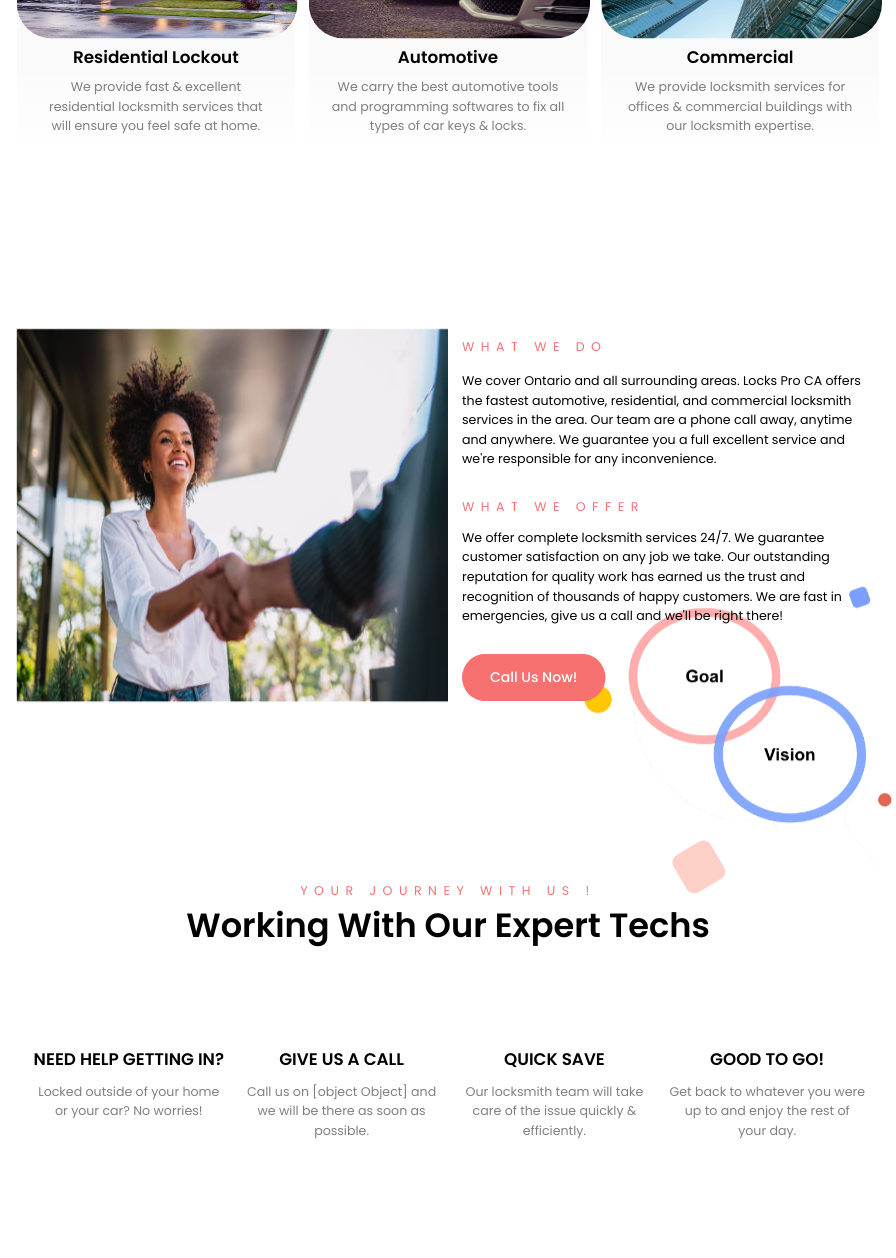
Repository: aya7abbal/locksprollc
Page: /
An editor plug-in stored every save of this project. The page is shown before and after the next save, followed by the edit.
The browser window is 1280 px wide. The pictures show the part of the page from y = 1180 to 3100 px (the page is 2977 px tall before and 3100 px after), at 70% of full size.
Some web fonts or font styles are not loaded; a fallback is used. The project was rebuilt for these pictures with package versions that can differ from the ones it lists, and the page was loaded fresh each time. Also part of the build but not shown: vite.config.js.

Above is the page before, as saved 2024-04-03 01:22:52.

### index.html
<!doctype html>
<html lang="en">
  <head>
    <meta charset="UTF-8" />
    <link rel="icon" type="image/svg+xml" href="/src/assets/Images/Logo/favicon.ico" />
    <meta name="viewport" content="width=device-width, initial-scale=1.0" />
    <title>Emergency Lock & Key</title>
    <link rel="stylesheet" href="https://rsms.me/inter/inter.css">

  </head>
  <body>
    <div id="root" class="px-0"></div>
    <script type="module" src="/src/main.jsx"></script>
  </body>
</html>

### src/App.jsx
import Navbar from './Components/0.Navbar/Navbar'
import Banner from './Components/1.Banner/Index'
import Services from './Components/2.Services/Index'
import Identity from './Components/3.Identity/Index'
import Process from "./Components/4.Process/Index"

export default function App() {

  return (
    <>
<Navbar/>
<Banner/>
<Services/>
<Identity/>
<Process/>

    </>
  )
}

### src/index.css
@import url('https://fonts.googleapis.com/css2?family=Poppins:wght@400;500;600;700;800&display=swap');
@tailwind base;
@tailwind components;
@tailwind utilities;
/* npm */

* {
  font-family: 'Poppins', sans-serif;
}


html, body{
  scroll-behavior: smooth !important;
  margin: auto 0!important;
  padding: 0px !important;

}

html:not([data-scroll="0"]) .navbar {
  position: fixed;
  top: 0;
  width: 100%;
  background-color: white;
  background-blend-mode: overlay;
  opacity: 1.9;
  box-shadow: 0 15px 30px rgba(0, 0, 0, 0.12);
  transition: 0.4s linear;
  z-index: 3;
}

.card-b {
  background: linear-gradient(180deg, #F8F6F6 0%, #F8F6F6 0.01%, rgba(248, 246, 246, 0) 100%);
}

.ls-51 {
  letter-spacing: 0.515em;
}

.br-50 {
  border-radius: 50px 400px 50px 50px;
}

@media screen and (max-width: 1200px) {
  .br-50 {
    border-radius: 20px;
  }
}

.footer-icons {
  transition: .5s;
}

.footer-icons:hover {
  transform: translateY(-8px);
}

.footer-icons:hover > .sepiaa {
  filter: invert(100.10);
}

.space-links {
  transition: .3s;
}

.space-links:hover {
  letter-spacing: 1px;
}

.hover-underline {
  display: inline-flex;
  position: relative;
  color: #dc6550;
  justify-content: center;
  align-items: center;
}

.hover-underline:after {
  content: "";
  position: absolute;
  width: 100%;
  transform: scaleX(0);
  height: 1px;
  bottom: 0;
  left: 0;
  background-color: #DF6751;
  transform-origin: bottom right;
  transition: transform .25s ease-out;
}

.hover-underline:hover:after {
  transform: scaleX(1);
  transform-origin: bottom left;
}

.w-340px {
  width: 340px;
}

.shadow-fi {
  box-shadow: 0px 28px 42px rgba(0, 0, 0, 0.15);
}

.inner-img {
  transition: 0.3s;
}

.inner-img:hover {
  transform: scale(1.1);
}

.par-87{
  padding-right: 87px;
}



#root{
    padding: 0px !important;
}
@media (min-width:1024px) {
    #root{
        padding: 0px !important;
    }

}

### src/Components/1.Banner/Index.tsx
"use client";
import { Fade } from "react-awesome-reveal";
import BannerPhoto from "../../assets/Images/Banner/Mobile-Lockout.jpeg";
import "./Banner.css";

const Banner = () => {
  return (
    <div className="bg-lightpink w-100 mt-32">
      <div className="mx-auto max-w-7xl pt-20 sm:pb-24 px-6">
        <div className="grid grid-cols-1 lg:grid-cols-12 space-x-1">
          <div className="col-span-6 flex flex-col justify-center">
            <Fade
              direction={"up"}
              delay={400}
              cascade
              damping={1e-1}
              triggerOnce={true}
            >
              <h1 className="text-4xl lg:text-7xl font-semibold mb-5 text-lightgrey md:4px lg:text-start text-center">
                24/7 <br /> Lock Smiths
              </h1>
            </Fade>
            <Fade
              direction={"up"}
              delay={800}
              cascade
              damping={1e-1}
              triggerOnce={true}
            >
              <p className="text-grey lg:text-lg font-normal mb-10 lg:text-start text-center">
                We are a local business, open 24/7. We are Licensed and Insured.
                We offer a variety of locksmith services that are customizable
                to each individual.
                <br /> We cover Ontario and all surrounding areas. We have
                technicians everywhere waiting to assist you!{" "}
              </p>
            </Fade>
            <Fade
              direction={"up"}
              delay={1000}
              cascade
              damping={1e-1}
              triggerOnce={true}
            >
              <div className="md:flex align-middle justify-center lg:justify-start">
                <button className="text-xl w-full md:w-auto font-medium rounded-full text-white py-5 px-6 bg-red-400 lg:px-14 mr-6">
                  <a href="tel:001619-826-9574">Call Us Now</a>
                </button>
                <button className="flex border w-full md:w-auto mt-5 md:mt-0 border-pink justify-center rounded-full text-xl font-medium items-center py-5 px-10 text-red-400 hover:text-white hover:bg-red-400">

                  <a href="#services-section">Our Services</a>
                </button>
              </div>
            </Fade>
          </div>

          <div className="col-span-6 flex justify-center relative banner-photo-container">
            {/* <div className="flex bg-white p-2 gap-5 items-center bottom-10 left-10 rounded-xl absolute">
              <img
                src={"/imgs/Banner/pizza.svg"}
                alt="pizza-img"
                width={68}
                height={68}
              />
              <p className="text-lg font-normal">
                More than 500+ <br /> recipes.
              </p>
            </div> */}
            <img
              src={BannerPhoto}
              alt="nothing"
              id="banner-img"
              // width={200}
              // height={200}
            />
          </div>
        </div>
      </div>
    </div>
  );
};

export default Banner;

### src/Components/2.Services/Index.tsx
"use client"
// import Link from 'next/link';
// import { ChevronRightIcon } from '@heroicons/react/24/outline';
import { Fade } from "react-awesome-reveal";
import Residential from '../../assets/Images/Services/featureOne.jpg'
import Automotive from '../../assets/Images/Services/featureTwo.jpg'
import Commercial from '../../assets/Images/Services/featureThree.jpg'


interface cardDataType {
    imgSrc: any;
    heading: string;
    subheading: string;
    link: string;
}

const cardData: cardDataType[] = [
    {
        imgSrc: Residential,
        heading: "Residential Lockout",
        subheading: "We provide fast & excellent residential locksmith services that will ensure you feel safe at home.",
        link: 'Learn more'
    },
    {
        imgSrc: Automotive,
        heading: "Automotive",
        subheading: "We carry the best automotive tools and programming softwares to fix all types of car keys & locks.",
        link: 'Learn more'
    },
    {
        imgSrc: Commercial,
        heading: "Commercial",
        subheading: "We provide locksmith services for offices & commercial buildings with our locksmith expertise.",
        link: 'Learn more'
    }

]

const Services = () => {
    return (


        <div>
            <div className='mx-auto max-w-7xl py-20 px-6' id="services-section">
                <div className='text-center mb-14' >
                    <Fade direction={'up'} delay={400} cascade damping={1e-1} triggerOnce={true}>
                        <h3 className='text-red-400 text-lg font-normal mb-3 ls-51 uppercase'>Our Services</h3>
                    </Fade>
                    <Fade direction={'up'} delay={800} cascade damping={1e-1} triggerOnce={true}>
                        <p className='text-3xl lg:text-5xl font-semibold text-lightgrey'>Locked Out? Need a new Key? <br /> We&apos;ve got you covered!</p>
                    </Fade>
                </div>


                <div className='grid sm:grid-cols-1 lg:grid-cols-3 gap-y-20  gap-x-5 mt-32 pt-5 service-container'>
                    <Fade direction={'up'} delay={1000} cascade damping={1e-1} triggerOnce={true}>
                        {cardData.map((items, i) => (

                            <div className='card-b p-8 relative rounded-3xl my-5' key={i}>
                                <div className='work-img-bg rounded-full grid sm:grid-cols-1 absolute top-[-50%] sm:top-[-50%]  md:top-[-55%] lg:top-[-45%] left-[0%] sm:right-[-1%]'>
                                    <img src={items.imgSrc} alt={items.imgSrc.src} width={500} height={500} style={{borderRadius:"50px", width:"500px", height:"200px", margin:"auto"}}/>
                                </div>
                                <h3 className='text-2xl text-black font-semibold text-center mt-16 '>{items.heading}</h3>
                                <p className='text-lg font-normal pt-3 text-black text-center text-opacity-50'>{items.subheading}</p>
                                <div className='flex items-center justify-center'>
                                    {/* <Link href='/'><p className='text-center text-lg font-medium text-red-400 mt-2 hover-underline'>{items.link}<ChevronRightIcon width={20} height={20} /></p></Link> */}
                                </div>


                            </div>
                        ))}
                    </Fade>
                </div>
            </div>
        </div>

    )
}

export default Services;

### src/Components/3.Identity/Index.tsx
"use client";
import { Fade } from "react-awesome-reveal";
import HappyCustomer from "../../assets/Images/Mission/Happy customer.jpeg";
import Burger from "../../assets/Images/Mission/burger.png";


const Identity = () => {
  return (
    <div className="relative" id="Goal-section">
      <div className="mx-auto max-w-7xl lg:pt-20 sm:pb-24 px-6">
        <div className="absolute right-0 bottom-[-18%] hidden lg:block">
          <img
            src={Burger}
            alt="Mission & Vision"
            width={463}
            height={622}
          />
        </div>

        <div className="grid grid-cols-1 lg:grid-cols-12 my-16 space-x-5">
          <div className="col-span-6 flex justify-start">
            <img src={HappyCustomer} alt="nothing" width={900} height={808} />
          </div>

          <div className="col-span-6 flex flex-col justify-center">
            <Fade
              direction={"up"}
              delay={400}
              cascade
              damping={1e-1}
              triggerOnce={true}
            >
              <h2 className="text-red-400 text-lg font-normal my-3 ls-51 uppercase text-start">
                {" "}
                What We Do
              </h2>
            </Fade>
            <Fade
              direction={"up"}
              delay={800}
              cascade
              damping={1e-1}
              triggerOnce={true}
            >
              <h3 className="text-3xl lg:text-5xl font-semibold text-black text-start"></h3>
            </Fade>
            <Fade
              direction={"up"}
              delay={1000}
              cascade
              damping={1e-1}
              triggerOnce={true}
            >
              <p className="text-grey md:text-lg font-normal mb-10 text-start mt-2">
                We cover Ontario and all surrounding areas. Locks Pro CA offers
                the fastest automotive, residential, and commercial locksmith
                services in the area. Our team are a phone call away, anytime
                and anywhere. We guarantee you a full excellent service and
                we&apos;re responsible for any inconvenience.
              </p>
              <Fade
                direction={"up"}
                delay={400}
                cascade
                damping={1e-1}
                triggerOnce={true}
              >
                <h2 className="text-red-400 text-lg font-normal mb-3 ls-51 uppercase text-start">
                  {" "}
                  What We Offer
                </h2>
              </Fade>
              <p className="text-grey md:text-lg font-normal mb-10 text-start mt-1">
                We offer complete locksmith services 24/7. We guarantee customer
                satisfaction on any job we take. Our outstanding reputation for
                quality work has earned us the trust and recognition of
                thousands of happy customers. We are fast in emergencies, give us
                a call and we&apos;ll be right there!
              </p>
              <div className="flex align-middle justify-center md:justify-start">
                <a className="text-xl font-medium rounded-full text-white py-5 px-6 bg-red-400 lg:px-10 mr-6" href="tel:001619-826-9574">
                 Call Us Now!
                </a>
              </div>
            </Fade>
          </div>
        </div>
      </div>
    </div>
  );
};

export default Identity;

### src/Components/4.Process/Index.tsx
"use client";
import React, { Component } from "react";
import { Fade } from "react-awesome-reveal";
import Help from "../../assets/Images/Process/help.png";
import Save from "../../assets/Images/Process/car.png";
import Call from "../../assets/Images/Process/telephone.png";
import Done from "../../assets/Images/Process/thumbs-up.png";


import "primeicons/primeicons.css";

// CAROUSEL DATA

interface DataType {
  profession: string;
  name: string;
  imgSrc: any;
}

const postData: DataType[] = [
  {
    name: "NEED HELP GETTING IN?",
    profession: "Locked outside of your home or your car? No worries!",
    imgSrc: Help,
  },
  {
    name: "GIVE US A CALL",
    profession:
      `Call us on ${<a href="tel:001619-826-9574">(619)-927-0588</a>} and we will be there as soon as possible.`,
    imgSrc: Call,
  },
  {
    name: "QUICK SAVE",
    profession:
      "Our locksmith team will take care of the issue quickly & efficiently.",
    imgSrc: Save,
  },
  {
    name: "GOOD TO GO!",
    profession:
      "Get back to whatever you were up to and enjoy the rest of your day.",
    imgSrc: Done,
  },
];

// CAROUSEL SETTINGS
export default class MultipleItems extends Component {
  render() {
    const settings = {
      dots: false,
      infinite: true,
      slidesToShow: 3,
      // centerMode: true,
      slidesToScroll: 1,
      arrows: false,
      autoplay: false,
      speed: 4000,
      autoplaySpeed: 2000,
      cssEase: "linear",
      responsive: [
        {
          breakpoint: 1200,
          settings: {
            slidesToShow: 3,
            slidesToScroll: 1,
            infinite: true,
            dots: false,
          },
        },
        {
          breakpoint: 800,
          settings: {
            slidesToShow: 2,
            slidesToScroll: 1,
            infinite: true,
            dots: false,
          },
        },
        {
          breakpoint: 450,
          settings: {
            slidesToShow: 1,
            slidesToScroll: 1,
            infinite: true,
            dots: false,
          },
        },
      ],
    };

    return (
      <div className="py-10 sm:py-20 bg-darkred-400" id="Process-section">
        <div className="mx-auto max-w-2xl lg:max-w-7xl sm:p-4 lg:px-8 ">
          <div className="text-center">
            <Fade
              direction={"up"}
              delay={400}
              cascade
              damping={1e-1}
              triggerOnce={true}
            >
              <h2 className="text-red-400 text-lg font-normal mb-3 tracking-widest uppercase ls-51">
                Your Journey With Us !
              </h2>
            </Fade>
            <Fade
              direction={"up"}
              delay={800}
              cascade
              damping={1e-1}
              triggerOnce={true}
            >
              <h3 className="text-3xl lg:text-5xl font-semibold text-black">
                Working With Our Expert Techs
              </h3>
            </Fade>
          </div>

          <div className="grid sm:grid-cols-1 md:grid-cols-2  xl:grid-cols-4">
            {postData.map((items, i) => (
              <div className="justify-center" key={i}>
                <div className="m-3 py-14 my-2 text-center ">
                  <div className="relative ">
                    <image
                      src={items.imgSrc.src}
                      alt={items.name}
                      width={170}
                      height={170}
                      className="inline-block  m-5 p-5"
                    />

                  </div>
                  <h3 className="text-2xl font-semibold text-lightblack">
                    {items.name}
                  </h3>
                  <h4 className="text-lg font-normal text-lightblack pt-4 pb-2 opacity-50">
                    {items.profession}
                  </h4>
                </div>
              </div>
            ))}
          </div>
        </div>
      </div>
    );
  }
}

### src/Components/0.Navbar/Drawer.tsx
import React, { ReactNode } from "react";
import { XMarkIcon } from "@heroicons/react/24/outline";
import Logo from "../../assets/Images/Logo/Logo.png";

interface DrawerProps {
  children: ReactNode;
  isOpen: boolean;
  setIsOpen: (isOpen: boolean) => void;
}

const Drawer = ({ children, isOpen, setIsOpen }: DrawerProps) => {
  return (
    <main
      className={
        " fixed overflow-hidden z-10 bg-gray-900 bg-opacity-25 inset-0 transform ease-in-out " +
        (isOpen
          ? " transition-opacity opacity-100 duration-500 translate-x-0  "
          : " transition-all delay-500 opacity-0 -translate-x-full  ")
      }
    >
      <section
        className={
          "w-340px max-w-lg left-0 absolute bg-white h-full shadow-xl delay-400 duration-500 ease-in-out transition-all transform " +
          (isOpen ? "translate-x-0" : "-translate-x-full")
        }
      >
        <article className="relative w-340px max-w-lg pb-10 flex flex-col space-y-6 h-full">
          <header className="px-4 py-4 flex items-center justify-between">
            <div className="flex flex-shrink-0 items-center border-right">
              <img src={Logo} alt="logo" width={56} height={56} />
              <a href="/" className="text-l font-semibold text-black ml-4">
                Emergency Lock & Key
              </a>
            </div>

            <XMarkIcon
              className="block h-6 w-6"
              onClick={() => {
                setIsOpen(false);
              }}
            />
          </header>
          <div
            onClick={() => {
              setIsOpen(false);
            }}
          >
            {children}
          </div>
        </article>
      </section>
      <section
        className="w-screen h-full cursor-pointer "
        onClick={() => {
          setIsOpen(false);
        }}
      ></section>
    </main>
  );
};

export default Drawer;

### src/Components/0.Navbar/Drawerdata.tsx
import React from "react";
import Contactusform from "./Contactus";

interface NavigationItem {
    name: string;
    href: string;
    current: boolean;
}

const navigation: NavigationItem[] = [
    { name: "Services", href: "#services-section", current: false },
  { name: "Our Goal", href: "#Goal-section", current: false },
  { name: "Your Journey", href: "#Process-section", current: false },
]


function classNames(...classes: string[]) {
    return classes.filter(Boolean).join(' ')
}

const Data = () => {
    return (
        <div className="rounded-md max-w-sm w-full mx-auto">
            <div className="flex-1 space-y-4 py-1">
                <div className="sm:block">
                    <div className="space-y-1 px-5 pt-2 pb-3">
                        {navigation.map((item) => (
                            <a
                                key={item.name}
                                href={item.href}
                                className={classNames(
                                    item.current ? 'bg-gray-900 text-purple' : 'text-black hover:bg-gray-700 hover:text-purple',
                                    'block  py-2 rounded-md text-base font-medium'
                                )}
                                aria-current={item.current ? 'page' : undefined}
                            >
                                {item.name}
                            </a>
                        ))}
                        <div className="mt-4"></div>
                        {/* <button className='flex justify-center text-base w-full font-medium rounded-full bg-bgpink text-pink py-3 px-4 lg:px-8 navbutton hover:text-white'>Sign in</button> */}
                        <button className='flex justify-center text-base w-full font-medium rounded-full bg-transparent border border-bgpink text-pink py-3 px-4 lg:px-8 navbutton hover:text-white hover:bg-pink'>Call Now!</button>

                        {/* <Contactusform /> */}
                    </div>
                </div>
            </div>
        </div>
    );
}

export default Data;

### src/Components/1.Banner/Banner.css
.banner-photo-container #banner-img {
  margin: 2rem;
  border-radius: 20px;
  width: 90%;
}

@media (min-width: 1023px) {
  .banner-photo-container #banner-img {
    width: 98%;
    height: auto;
  }
}
/*# sourceMappingURL=Banner.css.map */

Loaded but not shown: src/main.jsx (common file); tailwind.config.js (12 lines, source omitted); src/Components/0.Navbar/Navbar.tsx (114 lines, source omitted)

After the next save:
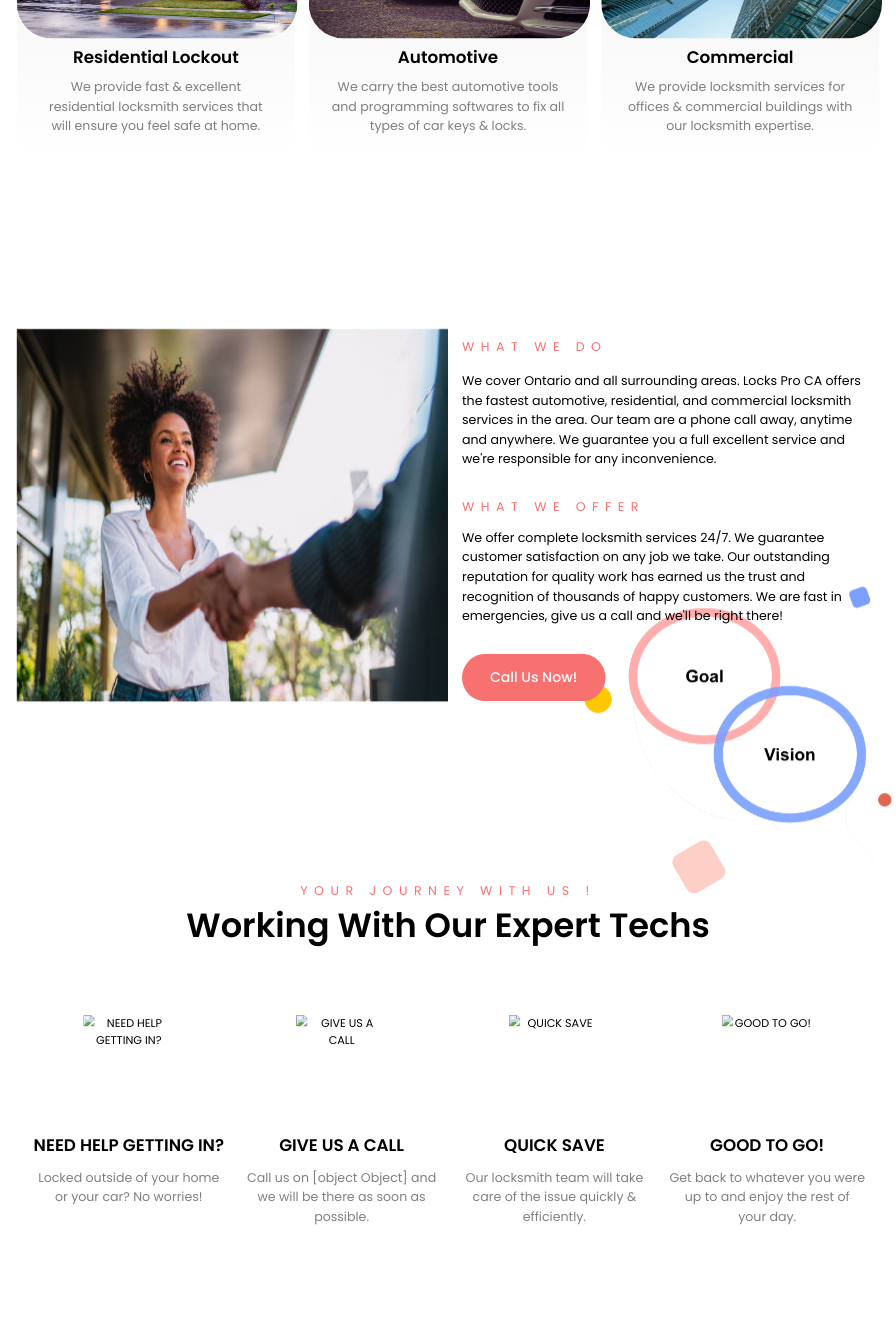
Saved 20 s later.
--- a/src/Components/4.Process/Index.tsx
+++ b/src/Components/4.Process/Index.tsx
@@ -121,7 +121,7 @@ export default class MultipleItems extends Component {
               <div className="justify-center" key={i}>
                 <div className="m-3 py-14 my-2 text-center ">
                   <div className="relative ">
-                    <image
+                    <img
                       src={items.imgSrc.src}
                       alt={items.name}
                       width={170}
